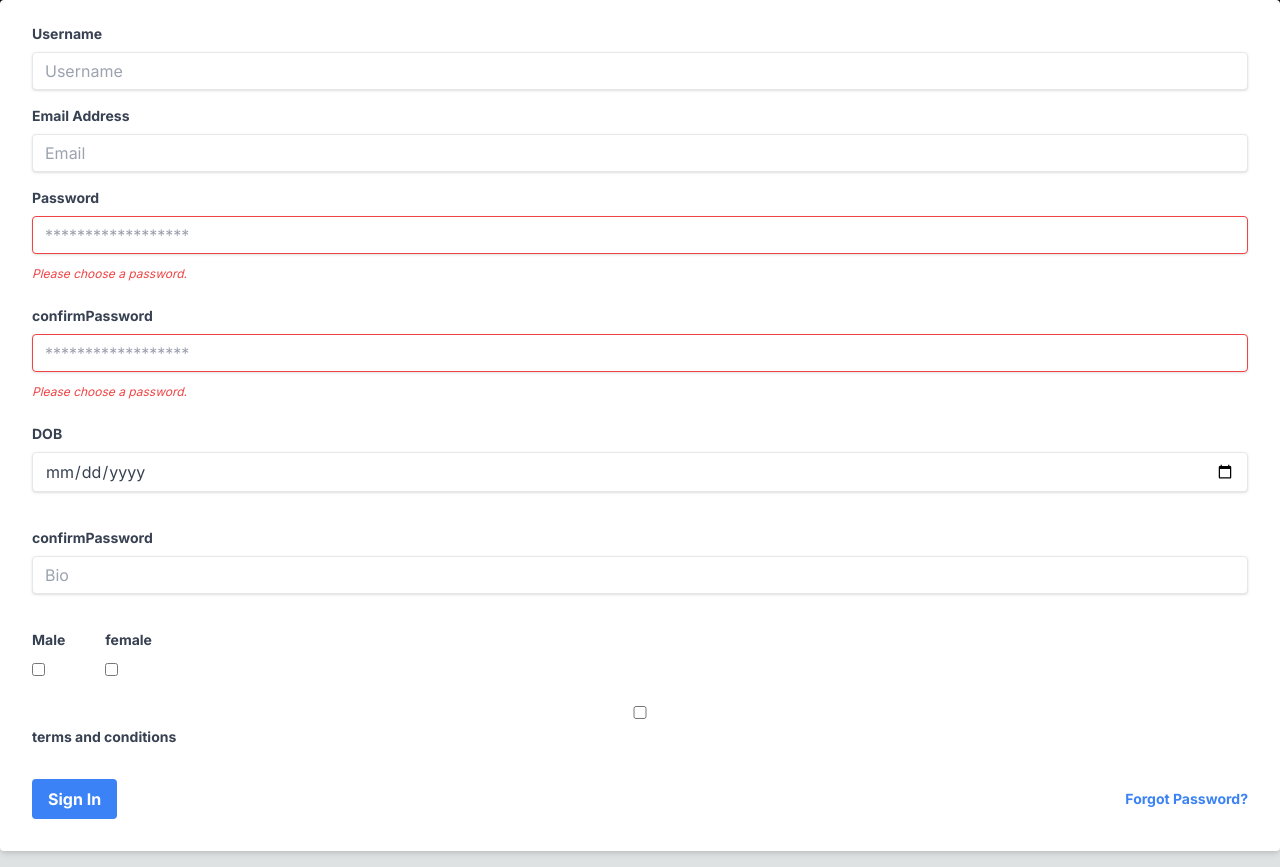
Repository: uh-sman/tiktok-card
Page: /
These files come from the project's save history. The page is drawn as it stood at one moment and after the next save; the edit follows.
The browser window is 1280 px wide. The pictures show the whole page.
The project was rebuilt for these pictures with package versions that can differ from the ones it lists, and the page was loaded fresh each time. The framework's server and built-in components were replaced by stand-ins that run in the browser. Also part of the build but not shown: next.config.js.

Above is the page before, as saved 2023-12-19 12:28:14.

### app/page.tsx
'use client'
import Input from "./components/Input";
import { FieldValues, SubmitHandler, useForm } from "react-hook-form";
export default function Home() {
  // const { register, handleSubmit, reset } = useForm<FieldValues>({
  //   defaultValues: {
  //     Username: "",
  //     email: '',
  //     password: '',
  //     confirmPassword: '',
  //     DateOfBirth: '',
  //     Bio: '',
  //     gender: '',
  //     termsAndConditions: ''
  //   }
  // })

  // const onSubmit: SubmitHandler<FieldValues> = () => {

  // }

  return (
    <div className="bg-black h-screen w-screen">
      {/* <div className="flex justify-center"> */}
      <div className="flex justify-center  w-full flex-col">
      <form className="bg-white shadow-md rounded px-8 pt-6 pb-8 mb-4">
    <div className="mb-4">
      <label className="block text-gray-700 text-sm font-bold mb-2" htmlFor="username">
        Username
      </label>
      <Input onChange={() => {}} className="shadow appearance-none border rounded w-full py-2 px-3 text-gray-700 leading-tight focus:outline-none focus:shadow-outline" id="username" type="text" placeholder="Username" />
    </div>
    <div className="mb-4">
      <label className="block text-gray-700 text-sm font-bold mb-2" htmlFor="Email">
        Email Address
      </label>
      <Input onChange={() => {}} className="shadow appearance-none border rounded w-full py-2 px-3 text-gray-700 leading-tight focus:outline-none focus:shadow-outline" id="email" type="email" placeholder="Email" />
    </div>
    <div className="mb-6">
      <label className="block text-gray-700 text-sm font-bold mb-2" htmlFor="Password">
        Password
      </label>
      <Input onChange={() => {}} className="shadow appearance-none border border-red-500 rounded w-full py-2 px-3 text-gray-700 mb-3 leading-tight focus:outline-none focus:shadow-outline" id="password" type="password" placeholder="******************" />
      <p className="text-red-500 text-xs italic">Please choose a password.</p>
    </div>
    <div className="mb-6">
      <label className="block text-gray-700 text-sm font-bold mb-2" htmlFor="conFirmPassword">
        confirmPassword
      </label>
      <Input onChange={() => {}} className="shadow appearance-none border border-red-500 rounded w-full py-2 px-3 text-gray-700 mb-3 leading-tight focus:outline-none focus:shadow-outline" id="confirmPassword" type="password" placeholder="******************" />
      <p className="text-red-500 text-xs italic">Please choose a password.</p>
    </div>
    <div className="mb-6">
      <label className="block text-gray-700 text-sm font-bold mb-2" htmlFor="password">
        DOB
      </label>
      <Input onChange={() => {}} className="shadow appearance-none border rounded w-full py-2 px-3 text-gray-700 mb-3 leading-tight focus:outline-none focus:shadow-outline" id="DateOfBirth" type="date" placeholder="DOB" />
      {/* <p className="text-red-500 text-xs italic">Please confirm your password.</p> */}
    </div>
    <div className="mb-6">
      <label className="block text-gray-700 text-sm font-bold mb-2" htmlFor="password">
        confirmPassword
      </label>
      <Input onChange={() => {}} className="shadow appearance-none border rounded w-full py-2 px-3 text-gray-700 mb-3 leading-tight focus:outline-none focus:shadow-outline" id="Bio" type="text" placeholder="Bio" />
      {/* <p className="text-red-500 text-xs italic">Please confirm your password.</p> */}
    </div>
    <div className="mb-6">
      <div className="flex gap-10">
        <div className="">
        <label className="block text-gray-700 text-sm font-bold mb-2" htmlFor="gender">
        Male
      </label>
      <Input onChange={() => {}} className="" id="male" type="checkbox" placeholder="male" />
        </div>
        <div className="">
          <label className="block text-gray-700 text-sm font-bold mb-2" htmlFor="gender">
            female
          </label>
      <Input className="" onChange={() => {}}  id="female" type="checkbox" placeholder="female" />
        </div>
      </div>
    </div>
    <div className="mb-6 flex flex-col-reverse gap-2">
      <label className="block text-gray-700 text-sm font-bold mb-2" htmlFor="password">
        terms and conditions
      </label>
      <Input onChange={() => {}} className="" id="terms" type="checkbox" placeholder="terms and conditions" />
      {/* <p className="text-red-500 text-xs italic">Please confirm your password.</p> */}
    </div>
    <div className="flex items-center justify-between">
      <button className="bg-blue-500 hover:bg-blue-700 text-white font-bold py-2 px-4 rounded focus:outline-none focus:shadow-outline" type="button">
        Sign In
      </button>
      <a className="inline-block align-baseline font-bold text-sm text-blue-500 hover:text-blue-800" href="#">
        Forgot Password?
      </a>
    </div>
  </form>

      </div>
      {/* </div> */}
    </div>
  );
}



{/* <form class="max-w-sm mx-auto">
  <div class="mb-5">
    <label for="email" class="block mb-2 text-sm font-medium text-gray-900 dark:text-white">Your email</label>
    <input type="email" id="email" class="bg-gray-50 border border-gray-300 text-gray-900 text-sm rounded-lg focus:ring-blue-500 focus:border-blue-500 block w-full p-2.5 dark:bg-gray-700 dark:border-gray-600 dark:placeholder-gray-400 dark:text-white dark:focus:ring-blue-500 dark:focus:border-blue-500" placeholder="name@flowbite.com" required>
  </div>
  <div class="mb-5">
    <label for="password" class="block mb-2 text-sm font-medium text-gray-900 dark:text-white">Your password</label>
    <input type="password" id="password" class="bg-gray-50 border border-gray-300 text-gray-900 text-sm rounded-lg focus:ring-blue-500 focus:border-blue-500 block w-full p-2.5 dark:bg-gray-700 dark:border-gray-600 dark:placeholder-gray-400 dark:text-white dark:focus:ring-blue-500 dark:focus:border-blue-500" required>
  </div>
  <div class="flex items-start mb-5">
    <div class="flex items-center h-5">
      <input id="remember" type="checkbox" value="" class="w-4 h-4 border border-gray-300 rounded bg-gray-50 focus:ring-3 focus:ring-blue-300 dark:bg-gray-700 dark:border-gray-600 dark:focus:ring-blue-600 dark:ring-offset-gray-800 dark:focus:ring-offset-gray-800" required>
    </div>
    <label for="remember" class="ms-2 text-sm font-medium text-gray-900 dark:text-gray-300">Remember me</label>
  </div>
  <button type="submit" class="text-white bg-blue-700 hover:bg-blue-800 focus:ring-4 focus:outline-none focus:ring-blue-300 font-medium rounded-lg text-sm w-full sm:w-auto px-5 py-2.5 text-center dark:bg-blue-600 dark:hover:bg-blue-700 dark:focus:ring-blue-800">Submit</button>
</form> */}

### app/components/Input.tsx

type InputType = "text" | "password" | "file" | "email" | 'date' | 'checkbox' | "radio"

interface InputProps {
    id: string;
    className: string;
    placeholder: string;
    type: InputType;
    onChange: (value: string, file?: File ) => void;
}

const Input: React.FC<InputProps> = ({
    id,
    className,
    placeholder,
    type,
    onChange
}) => {
    const handleChange = (event: React.ChangeEvent<HTMLInputElement>) => {
        const { value, files } = event.target;
        if (type === 'file' && files) {
            onChange(value, files[0]);
        } else {
            onChange(value);
        }
    };

    return (
        <input
            id={id}
            className={className}
            placeholder={placeholder}
            type={type}
            onChange={handleChange}
        />
    );
};


export default Input;

Loaded but not shown: app/layout.tsx (common file); app/globals.css (common file); tailwind.config.ts (common file)

After the next save:
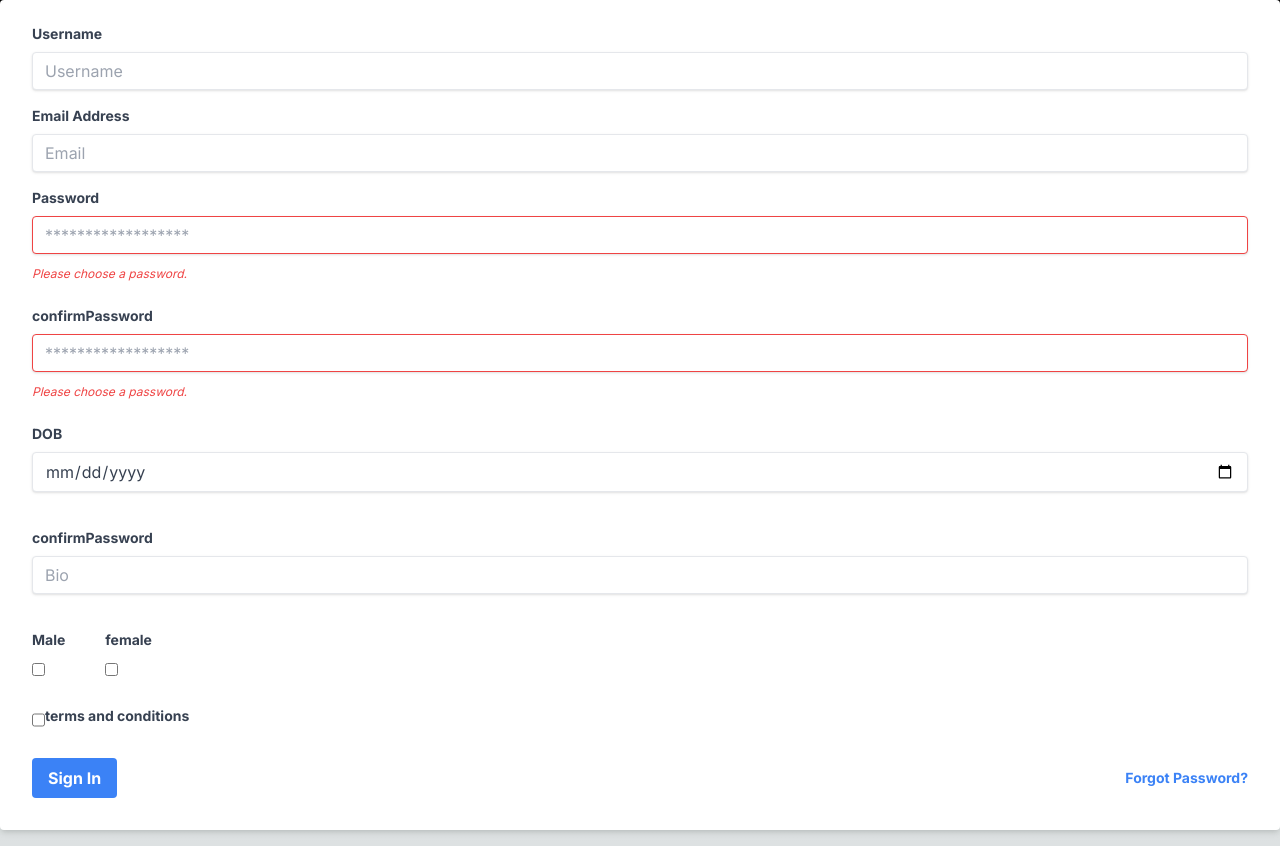
Saved 85 s later.
--- a/app/page.tsx
+++ b/app/page.tsx
@@ -80,11 +80,11 @@ export default function Home() {
         </div>
       </div>
     </div>
-    <div className="mb-6 flex flex-col-reverse gap-2">
+    <div className="mb-6 flex">
+      <Input onChange={() => {}} className="" id="terms" type="checkbox" placeholder="terms and conditions" />
       <label className="block text-gray-700 text-sm font-bold mb-2" htmlFor="password">
         terms and conditions
       </label>
-      <Input onChange={() => {}} className="" id="terms" type="checkbox" placeholder="terms and conditions" />
       {/* <p className="text-red-500 text-xs italic">Please confirm your password.</p> */}
     </div>
     <div className="flex items-center justify-between">
